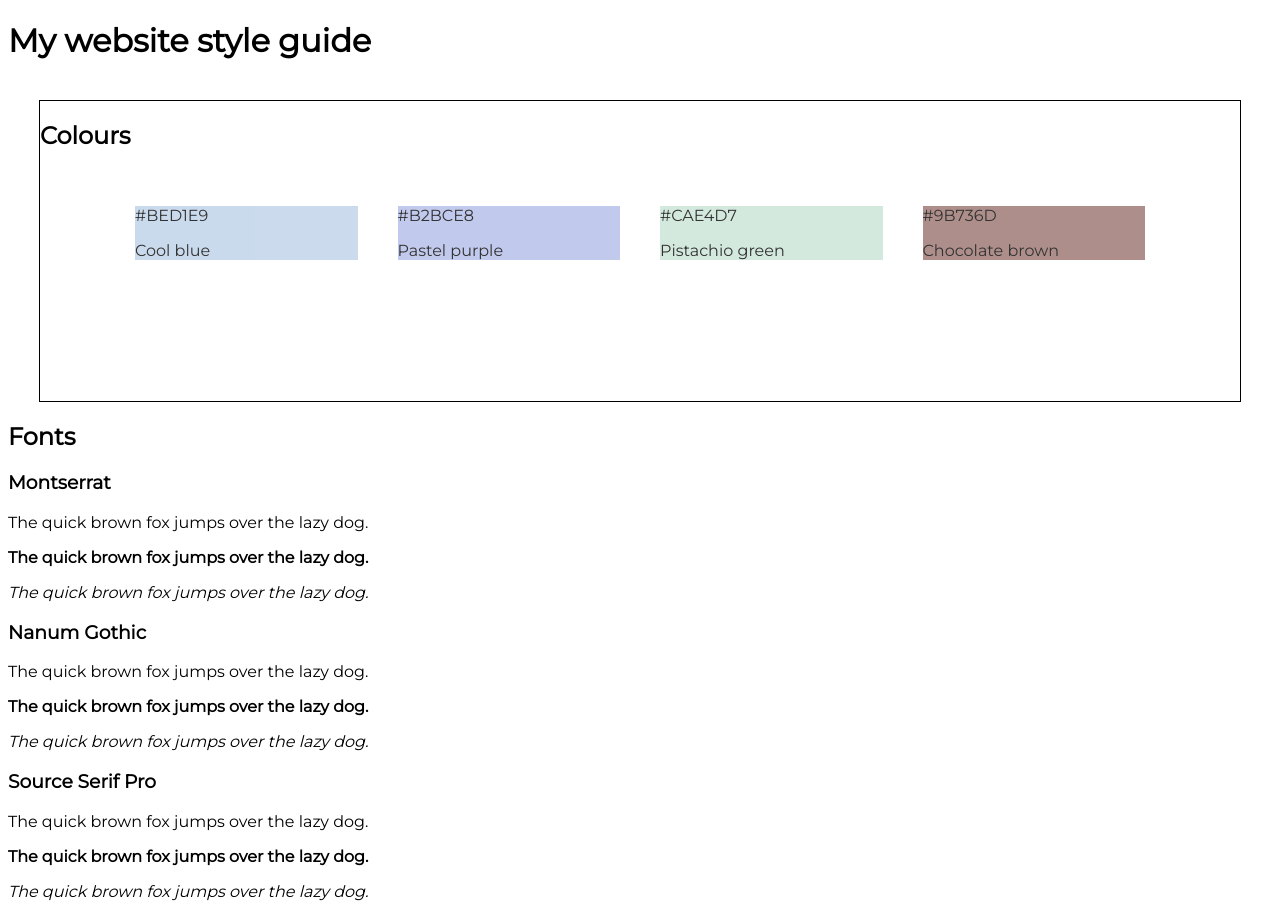
Repository: nazaninrizvi/codecademy
Page: Javascript/website-design-system/index.html
An editor plug-in stored every save of this project. The page is shown before and after the next save, followed by the edit.
The browser window is 1280 px wide. The pictures show the whole page.
Some web fonts or font styles are not loaded; a fallback is used.

Above is the page before, as saved 2021-11-26 17:10:10.

After the next save:
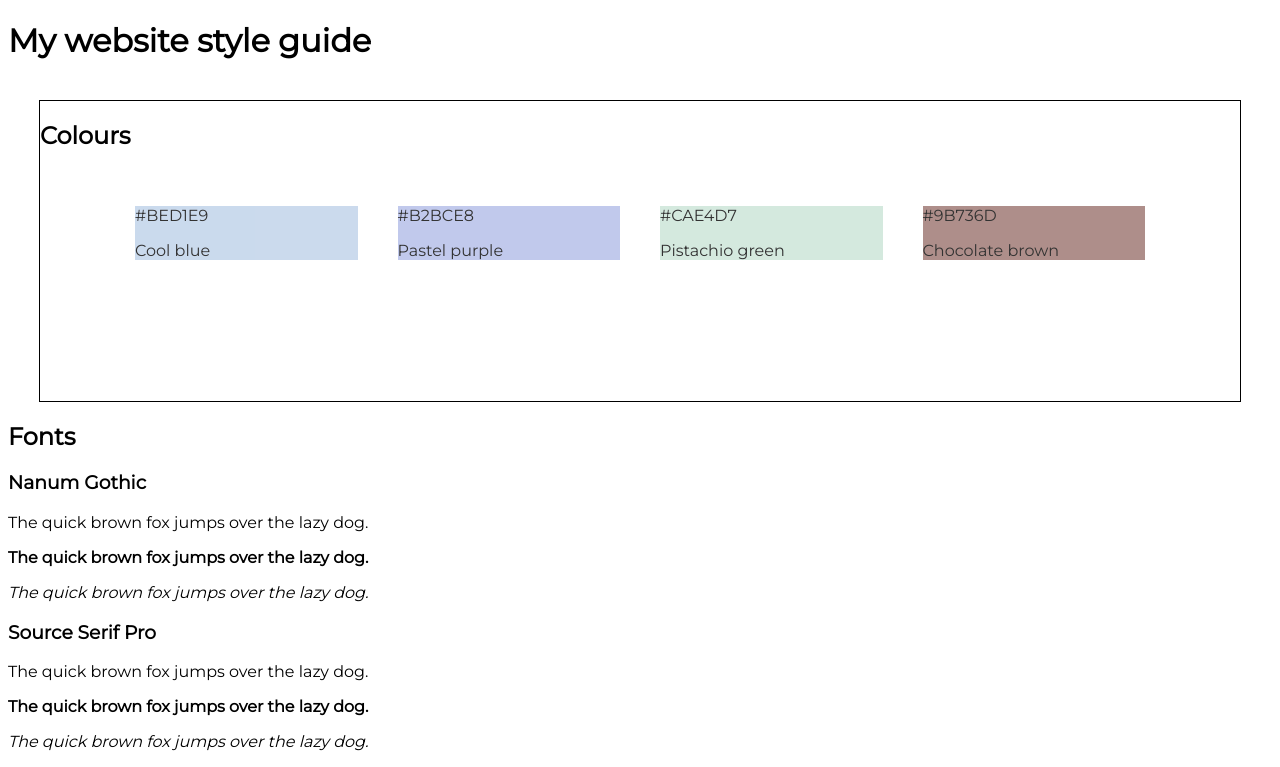
Saved 84 s later.
--- a/Javascript/website-design-system/index.html
+++ b/Javascript/website-design-system/index.html
@@ -38,7 +38,7 @@
         <div id="fonts">
            <h2>Fonts</h2>
            <div class="fontcontainer">
-               <div class='font' id="montserrat">
+               <div class='font' id='montserrat">
                    <h3>Montserrat</h3>
                     <p>The quick brown fox jumps over the lazy dog.</p>
                     <p><b>The quick brown fox jumps over the lazy dog.</b></p>

After the save that followed:
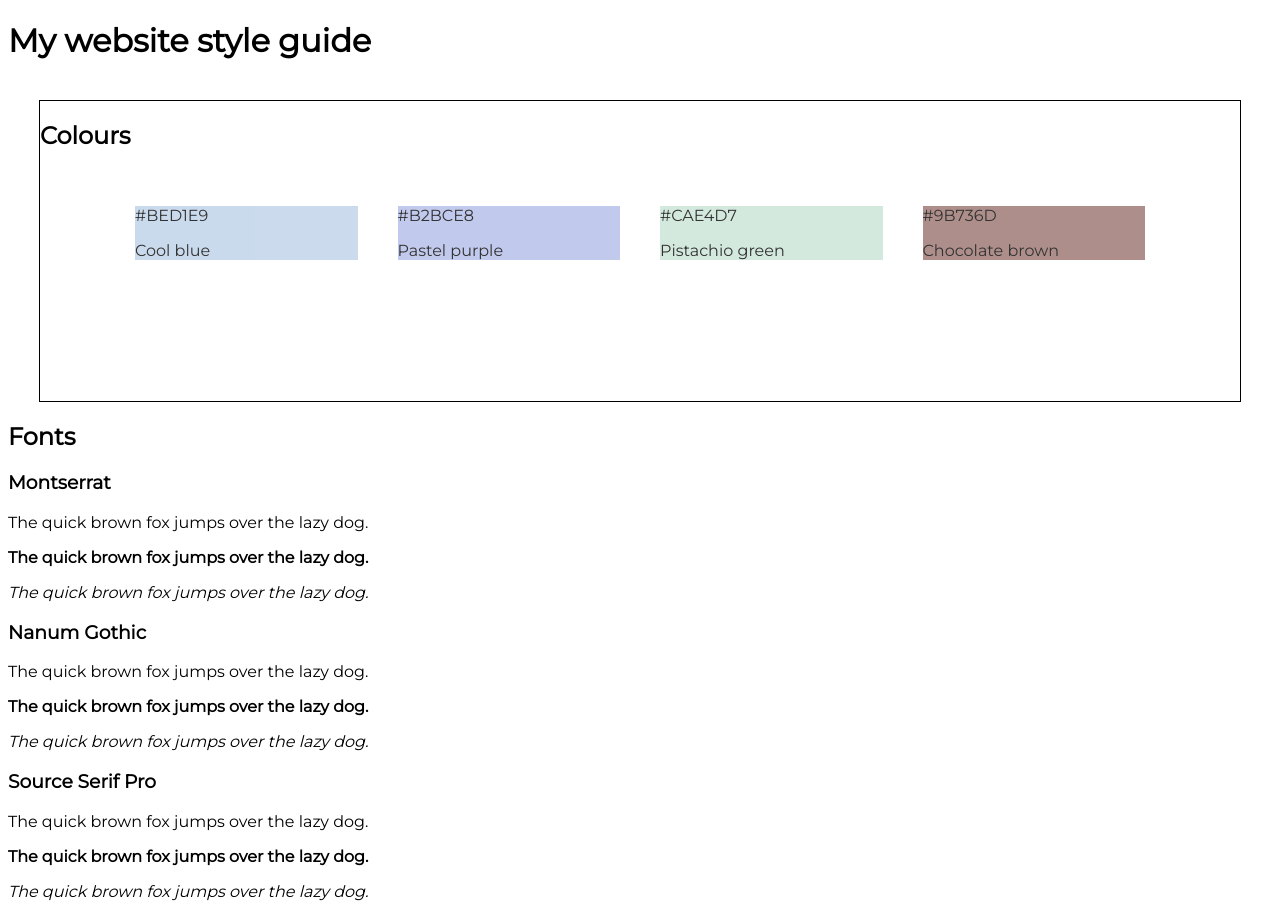
Saved 4 s later.
--- a/Javascript/website-design-system/index.html
+++ b/Javascript/website-design-system/index.html
@@ -38,7 +38,7 @@
         <div id="fonts">
            <h2>Fonts</h2>
            <div class="fontcontainer">
-               <div class='font' id='montserrat">
+               <div class='font' id='montserrat'>
                    <h3>Montserrat</h3>
                     <p>The quick brown fox jumps over the lazy dog.</p>
                     <p><b>The quick brown fox jumps over the lazy dog.</b></p>
